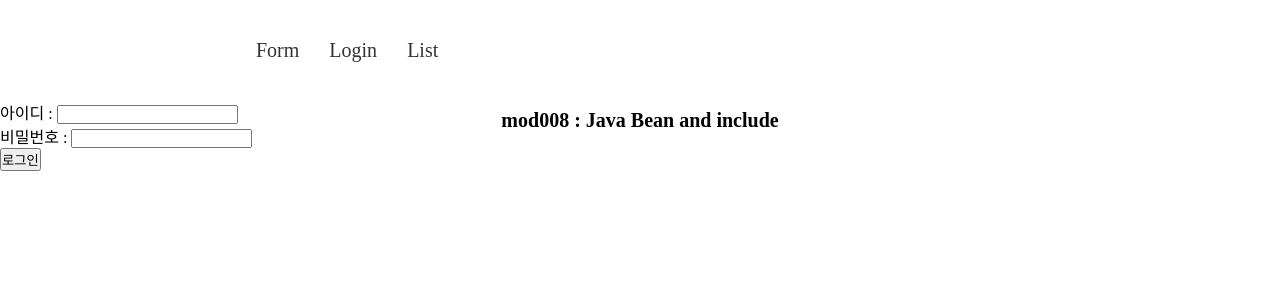
Repository: zeroj-0/eclipseProjects
Page: http://localhost/jv301/mod010/login
The author's editor kept a copy of each file at every save. The page is drawn from the files as they stood at one save, then again after the next save.
The browser window is 1280 px wide. The pictures show the whole page.
The page is served by Tomcat 9. Other server files are loaded and not shown.

Above is the page before, as saved 2022-07-07 06:17:46.

### jv301/src/main/webapp/mod010/login.jsp
<%@ page language="java" contentType="text/html; charset=UTF-8" pageEncoding="UTF-8"%>
<!DOCTYPE html>
<html>
<head>
<meta charset="UTF-8">
<title>Insert title here</title>
<link rel="stylesheet" href="./fixmethod.css">
</head>
<body>
	<div id="header">
		<%@ include file="/incl/menu.jsp" %>
		<jsp:include page="/incl/banner.jsp">
			<jsp:param name="subtitle" value="mod008 : Java Bean and include" />
		</jsp:include>
	</div>
	<form action="login" method="post">
		아이디 : <input type="text" name="userId"/><br>
		비밀번호 : <input type="password" name="passwd"/><br>
		<input type="submit" value="로그인"/>
	</form>
</body>
</html>

### jv301/src/main/webapp/incl/menu.jsp
<%@ page language="java" contentType="text/html; charset=UTF-8"  pageEncoding="UTF-8"%>

<div class="gnb">
	<ul>
		<li><a href="add_user.jsp">Form</a></li>
		<li><a href="login">Login</a></li>
		<li><a href="user_list.do">List</a></li>
	</ul>
</div>

### jv301/src/main/webapp/incl/banner.jsp
<%@ page language="java" contentType="text/html; charset=UTF-8"  pageEncoding="UTF-8"%>
<%@page import="java.net.URLDecoder"%>
<div id="banner">
	<%-- <h4><%= request.getParameter("subtitle") %></h4> --%>
	<h4><%=URLDecoder.decode(request.getParameter("subtitle"), "UTF-8")%></h4>
</div>

### jv301/src/main/java/com/varxyz/jv301/mod010/LoginServlet.java
package com.varxyz.jv301.mod010;

import java.io.IOException;
import javax.servlet.ServletException;
import javax.servlet.annotation.WebServlet;
import javax.servlet.http.HttpServlet;
import javax.servlet.http.HttpServletRequest;
import javax.servlet.http.HttpServletResponse;
import javax.servlet.http.HttpSession;

@WebServlet("/mod010/login")
public class LoginServlet extends HttpServlet {
	private static final long serialVersionUID = 1L;

	private UserService userService;

	public void init() {
		userService = new UserService();
	}

	protected void doGet(HttpServletRequest request, HttpServletResponse response) throws ServletException, IOException {
		// 페이지로 들어와서 login페이지로 보냄
		request.getRequestDispatcher("login.jsp").forward(request, response);;
	}

	protected void doPost(HttpServletRequest request, HttpServletResponse response) throws ServletException, IOException {

		String userId = request.getParameter("userId");
		String passwd = request.getParameter("passwd");

		// 사용자 확인
		if(!userService.isValidUser(userId, passwd)) {
			request.getRequestDispatcher("login.jsp").forward(request, response);
			return;
		}

		// 사용자 확인이 됐을때
		HttpSession session = request.getSession(true);
		session.setAttribute("userId", userId);

		// 로그인 성공 후 next page
		response.sendRedirect("mypage");
	}

}

### jv301/src/main/java/com/varxyz/jv301/mod010/UserDao.java
package com.varxyz.jv301.mod010;

import java.sql.Connection;
import java.sql.PreparedStatement;
import java.sql.ResultSet;
import java.sql.SQLException;
import java.util.ArrayList;
import java.util.List;

public class UserDao {
	DataSource dataSource = null;

	public UserDao() {
		NamingService namingService = NamingService.getInstance();
		dataSource = (DataSource)namingService.getAttribute("dataSource");
	}

	public List<User> findAllUsers() {
		String sql = "SELECT * FROM User";
		List<User> userList = new ArrayList<User>();
		try {
			Connection con = null;
			PreparedStatement pstmt = null;
			ResultSet rs = null;
			try {
				con = dataSource.getConnection();
				pstmt = con.prepareStatement(sql);
				rs = pstmt.executeQuery();

				while(rs.next()) {
					User user = new User();
					user.setUserId(rs.getString("id"));
					user.setUserName(rs.getString("name"));
					user.setEmail(rs.getString("email"));
					user.setAddr(rs.getString("addr"));

					userList.add(user);
				}
			} finally {
				dataSource.close(rs, pstmt, con);
			}
		} catch (SQLException e) {
			e.printStackTrace();
		}
		return userList;
	}

	public void addUser(User user) {
		String sql = "INSERT INTO User(id,passwd,name,email,addr,ssn) VALUES (?,?,?,?,?,?)";
		try {
			Connection con = null;
			PreparedStatement pstmt = null;

			con = dataSource.getConnection();
			pstmt = con.prepareStatement(sql);

			pstmt.setString(1, user.getUserId());
			pstmt.setString(2, user.getPasswd());
			pstmt.setString(3, user.getUserName());
			pstmt.setString(4, user.getEmail());
			pstmt.setString(5, user.getAddr());
			pstmt.setString(6, user.getSsn());

			pstmt.executeUpdate();
			dataSource.close(pstmt, con);
		} catch (Exception e) {
			e.printStackTrace();
		}
	}
	public String findUserId(String userId) {
		String sql = "SELECT id FROM User WHERE id=?";
		String id = null;
		try {
			Connection con = null;
			PreparedStatement pstmt = null;
			ResultSet rs = null;
			try {
				con = dataSource.getConnection();
				pstmt = con.prepareStatement(sql);
				pstmt.setString(1, userId);

				rs = pstmt.executeQuery();

				if(rs.next()) {
					id= rs.getString("id");
				}

			} finally {
				dataSource.close(rs,pstmt, con);
			}
		} catch(Exception e) {
			e.printStackTrace();
		}
		if(id==null) {
			id="";
		}
		return id;
	}

	public String findUserPasswd(String passwd) {
		String sql = "SELECT passwd FROM User WHERE passwd=?";
		String pw = null;
		try {
			Connection con = null;
			PreparedStatement pstmt = null;
			ResultSet rs = null;
			try {
				con = dataSource.getConnection();
				pstmt = con.prepareStatement(sql);
				pstmt.setString(1, passwd);
				rs = pstmt.executeQuery();

				if(rs.next()) {
					pw= rs.getString("passwd");
				}

			} finally {
				dataSource.close(rs,pstmt, con);
			}
		} catch(Exception e) {
			e.printStackTrace();
		}
		if(pw==null) {
			pw = "";
		}
		return pw;
	}
	public User findUserByUserId(String userId) {
		String sql = "SELECT id,passwd,name,email,addr,ssn FROM User WHERE id=?";
		User user = new User();
		try  {
			Connection con = null;
			PreparedStatement pstmt = null;
			ResultSet rs = null;
			try {
				con = dataSource.getConnection();
				pstmt = con.prepareStatement(sql);
				pstmt.setString(1, userId);
				rs = pstmt.executeQuery();

				while(rs.next()) {
					user.setUserId(rs.getString("id"));
					user.setUserId(rs.getString("passwd"));
					user.setUserName(rs.getString("name"));
					user.setSsn(rs.getString("ssn"));
					user.setEmail(rs.getString("email"));
					user.setAddr(rs.getString("addr"));
					user.setSsn(rs.getString("ssn"));
				}
			} finally {
				dataSource.close(rs, pstmt, con);
			}
		} catch(Exception e) {
			e.printStackTrace();
		}
		return user;
	}
}

### jv301/src/main/webapp/mod010/fixmethod.css
@charset "UTF-8";
* { box-sizing: border-box; margin: 0; padding: 0;}
ul, li {list-style: none;}
a {text-decoration: none; color: #333;}

.gnb {
  width: 100%;
  height: 70px;
  float: left;
  padding-left: 20%;
}
ul li {
  float: left;
  height: 100%;
  margin-left: 30px;
}
ul li:first-child {
  margin-left: 0;
}

a {
  line-height: 70px;
  font-size: 20px;
}
a:hover {
  color: #000;
  font-weight: 600;
}
#header {
	height: 100px;
	width: 100%;
	text-align: center;
	font-size: 20px;
	line-height: 100px;
}
#footer {
	margin-top: 100px;
	text-align: center;
}

After the next save:
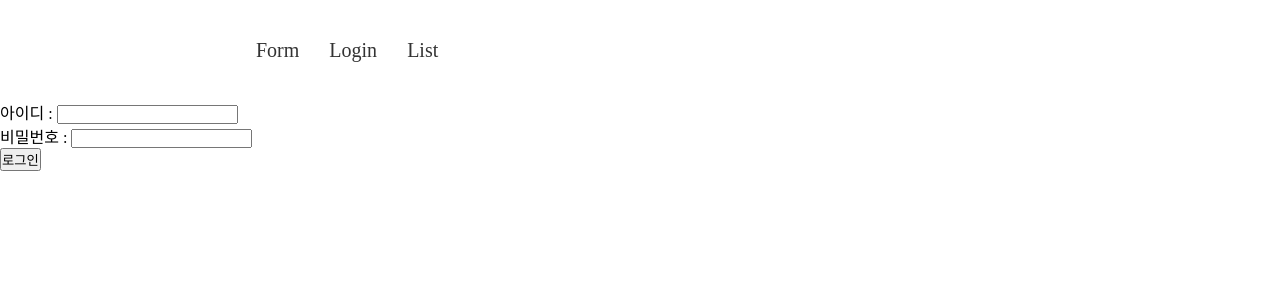
Saved 28 s later.
--- a/jv301/src/main/webapp/mod010/login.jsp
+++ b/jv301/src/main/webapp/mod010/login.jsp
@@ -9,9 +9,6 @@
 <body>
 	<div id="header">
 		<%@ include file="/incl/menu.jsp" %>
-		<jsp:include page="/incl/banner.jsp">
-			<jsp:param name="subtitle" value="mod008 : Java Bean and include" />
-		</jsp:include>
 	</div>
 	<form action="login" method="post">
 		아이디 : <input type="text" name="userId"/><br>
